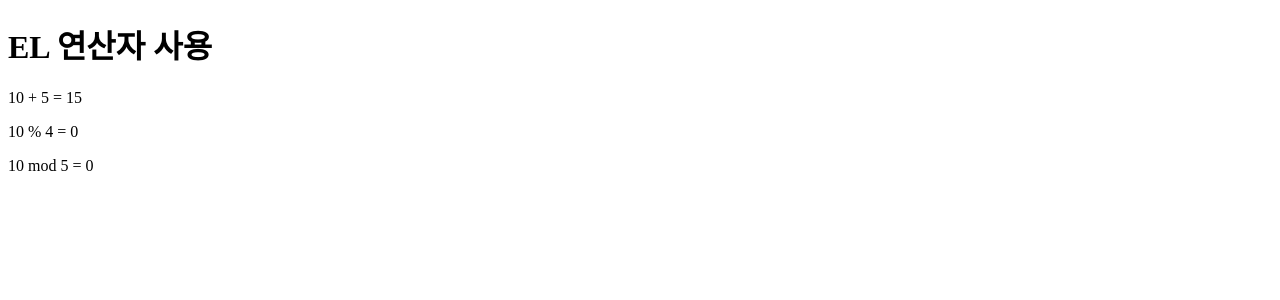
Repository: HwangEojin/homework
Page: http://localhost/day03/elTest.jsp
The author's editor kept a copy of each file at every save. The page is drawn from the files as they stood at one save, then again after the next save.
The browser window is 1280 px wide. The pictures show the whole page.
The page is served by Tomcat 9. Other server files are loaded and not shown.

Above is the page before, as saved 2025-01-14 05:23:55.

### week09/day03/src/main/webapp/elTest.jsp
<%@ page language="java" contentType="text/html; charset=UTF-8"
    pageEncoding="UTF-8"%>
<!DOCTYPE html>
<html>
<head>
<meta charset="UTF-8">
<title>Insert title here</title>
</head>
<body>
	<h1>EL 연산자 사용</h1>
	<p>10 + 5 = ${10 + 5}</p>
	<p>10 % 4 = ${10 % 5}</p>
	<p>10 mod 5 = ${10 mod 5}</p>

</body>
</html>

After the next save:
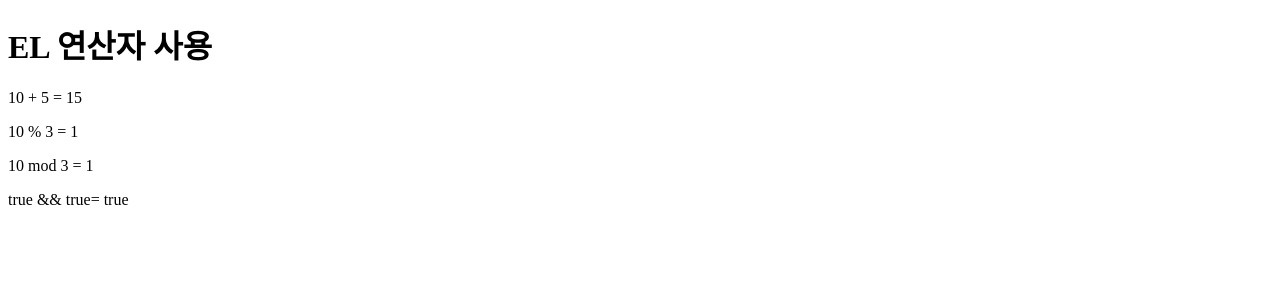
Saved 4 min 14 s later.
--- a/week09/day03/src/main/webapp/elTest.jsp
+++ b/week09/day03/src/main/webapp/elTest.jsp
@@ -1,5 +1,6 @@
 <%@ page language="java" contentType="text/html; charset=UTF-8"
-    pageEncoding="UTF-8"%>
+	pageEncoding="UTF-8"%>
+	<%@ taglib uri="http://java.sun.com/jsp/jstl/core" prefix="c" %>
 <!DOCTYPE html>
 <html>
 <head>
@@ -9,8 +10,11 @@
 <body>
 	<h1>EL 연산자 사용</h1>
 	<p>10 + 5 = ${10 + 5}</p>
-	<p>10 % 4 = ${10 % 5}</p>
-	<p>10 mod 5 = ${10 mod 5}</p>
+	<p>10 % 3 = ${10 % 3}</p>
+	<p>10 mod 3 = ${10 mod 3}</p>
+
+	<!-- 논리연산 -->
+	<p>true && true= ${true && true}</p>
 
 </body>
 </html>
